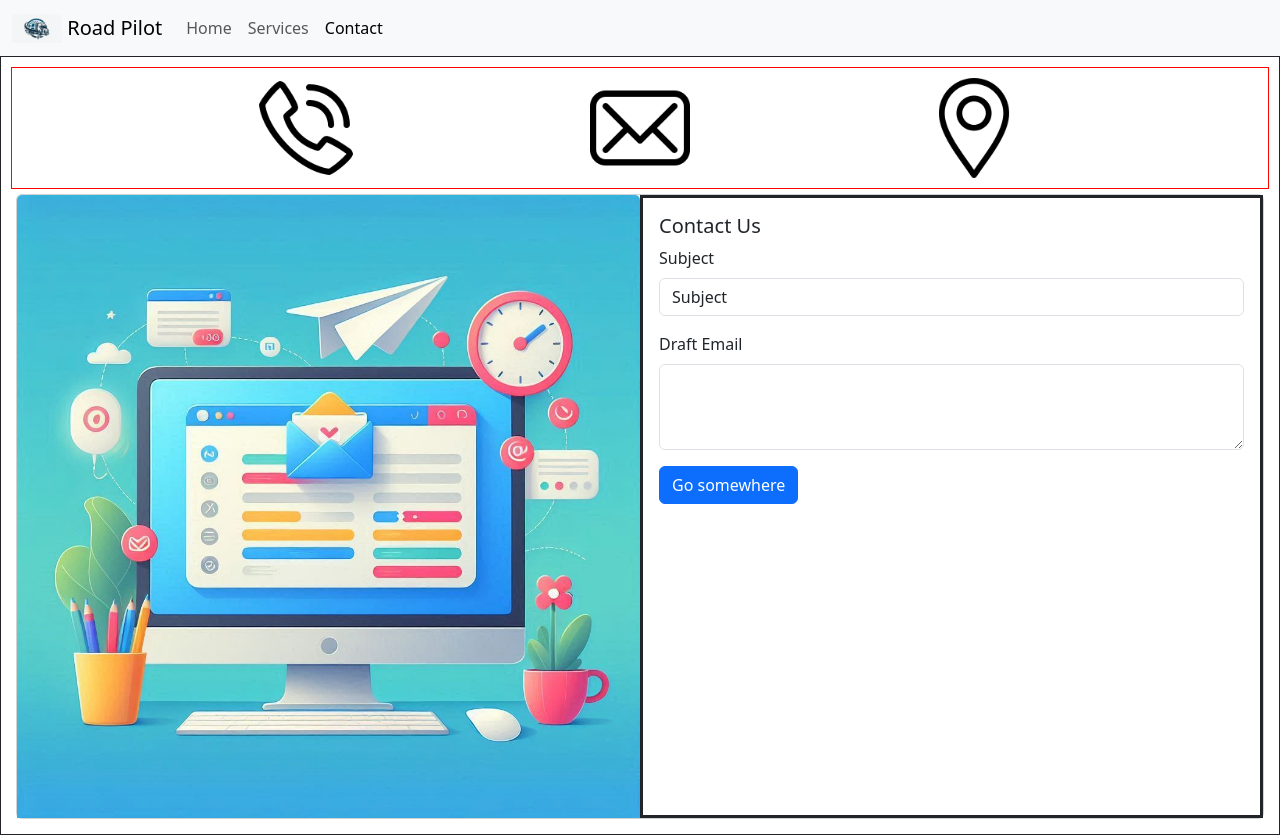
Repository: VictoriousMango/WebCreator
Page: pages/contact.html
These files come from the project's save history. The page is drawn as it stood at one moment and after the next save; the edit follows.
The browser window is 1280 px wide. The pictures show the whole page.

Above is the page before, as saved 2024-11-09 12:59:05.

### pages/contact.html
<!DOCTYPE html>
<html lang="en">

<head>
    <meta charset="UTF-8">
    <meta name="viewport" content="width=device-width, initial-scale=1.0">
    <title>Web Creator</title>
    <link href="https://cdn.jsdelivr.net/npm/bootstrap@5.3.3/dist/css/bootstrap.min.css" rel="stylesheet"
        integrity="sha384-QWTKZyjpPEjISv5WaRU9OFeRpok6YctnYmDr5pNlyT2bRjXh0JMhjY6hW+ALEwIH" crossorigin="anonymous">
    <link rel="stylesheet" href="../assets/css/contact.css">
</head>

<body>
    <!-- Navbar -->
    <nav class="navbar navbar-expand-lg bg-body-tertiary">
        <div class="container-fluid">
            <a class="navbar-brand" href="#">
                <img src="../assets/images/Logo.png" alt="Logo" width="50px" class="d-inline-block align-text-top">
                Road Pilot
            </a>
            <button class="navbar-toggler" type="button" data-bs-toggle="collapse" data-bs-target="#navbarNav"
                aria-controls="navbarNav" aria-expanded="false" aria-label="Toggle navigation">
                <span class="navbar-toggler-icon"></span>
            </button>
            <div class="collapse navbar-collapse" id="navbarNav">
                <ul class="navbar-nav">
                    <li class="nav-item">
                        <a class="nav-link" href="../">Home</a>
                    </li>
                    <li class="nav-item">
                        <a class="nav-link" href="./services.html">Services</a>
                    </li>
                    <li class="nav-item">
                        <a class="nav-link active" aria-current="page" href="#">Contact</a>
                    </li>
                </ul>
            </div>
        </div>
    </nav>
    <!-- NavBar -->

    <!-- Contact -->
    <div class="contact">
        <!-- div for icons -->
        <div class="contact__links">
            <!-- phone number -->
            <img class="contact__linksIMG" src="../assets/images/contact__phone.png" alt="">
            <img class="contact__linksIMG" src="../assets/images/contact__email.png" alt="">
            <img class="contact__linksIMG" src="../assets/images/contact__location.png" alt="">
        </div>
        <!-- Dic for Sending Mails -->
        <div class="card">
            <img src="../assets/images/contact__mailUs.png" class="card-img-top" alt="...">
            <div class="card-body">
              <h5 class="card-title">Contact Us</h5>
              <div class="mb-3">
                <label for="subject" class="form-label">Subject</label>
                <input type="text" class="form-control" id="subject" value="Subject">
              </div>
              <div class="mb-3">
                <label for="emailContent" class="form-label">Draft Email</label>
                <textarea class="form-control" id="emailContent" rows="3" value="Hi company!"></textarea>
              </div>
              <a href="#" class="btn btn-primary">Go somewhere</a>
            </div>
          </div>
    </div>
    <!-- Contact -->
    <!-- Scripts -->
    <script src="https://cdn.jsdelivr.net/npm/bootstrap@5.3.3/dist/js/bootstrap.bundle.min.js"
        integrity="sha384-YvpcrYf0tY3lHB60NNkmXc5s9fDVZLESaAA55NDzOxhy9GkcIdslK1eN7N6jIeHz"
        crossorigin="anonymous"></script>
    <script src="https://cdn.jsdelivr.net/npm/@popperjs/core@2.11.8/dist/umd/popper.min.js"
        integrity="sha384-I7E8VVD/ismYTF4hNIPjVp/Zjvgyol6VFvRkX/vR+Vc4jQkC+hVqc2pM8ODewa9r"
        crossorigin="anonymous"></script>
    <script src="https://cdn.jsdelivr.net/npm/bootstrap@5.3.3/dist/js/bootstrap.min.js"
        integrity="sha384-0pUGZvbkm6XF6gxjEnlmuGrJXVbNuzT9qBBavbLwCsOGabYfZo0T0to5eqruptLy"
        crossorigin="anonymous"></script>
</body>

</html>

### assets/css/contact.css
.contact {
    border: 1px solid;
    padding: 10px;
}

.contact__links {
    display: flex;
    justify-content: space-evenly;
    border: 1px solid red;
    padding: 10px;
}

.contact__linksIMG {
    width: 100px;
}

.card {
    /* padding: 5px; */
    margin: 5px;
    display: flex;
    flex-direction: row;
    justify-content: flex-start;
}

.card-img-top{
    width: 50%;
}
.card-body {
    width: 50%;
    border: 3px solid;
}

After the next save:
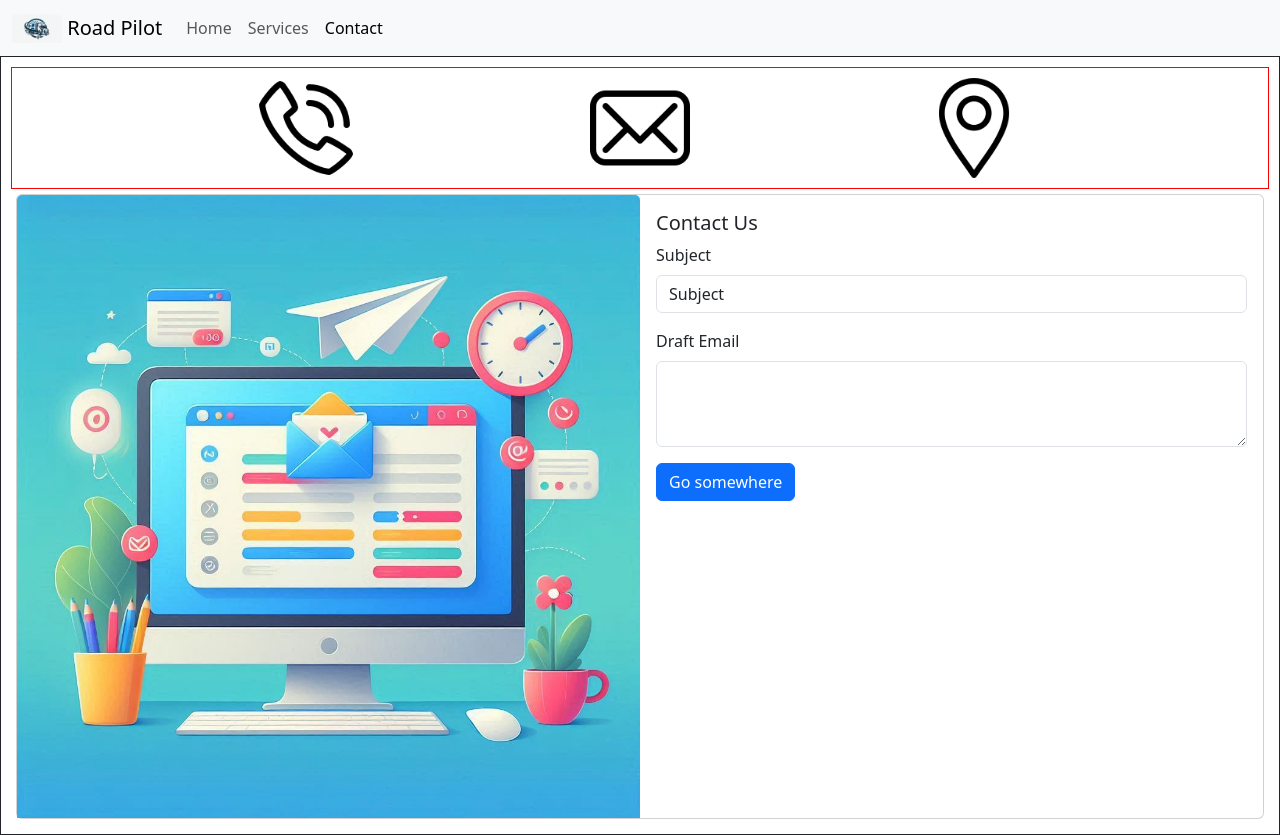
Saved 28 s later.
--- a/assets/css/contact.css
+++ b/assets/css/contact.css
@@ -27,5 +27,4 @@
 }
 .card-body {
     width: 50%;
-    border: 3px solid;
 }
